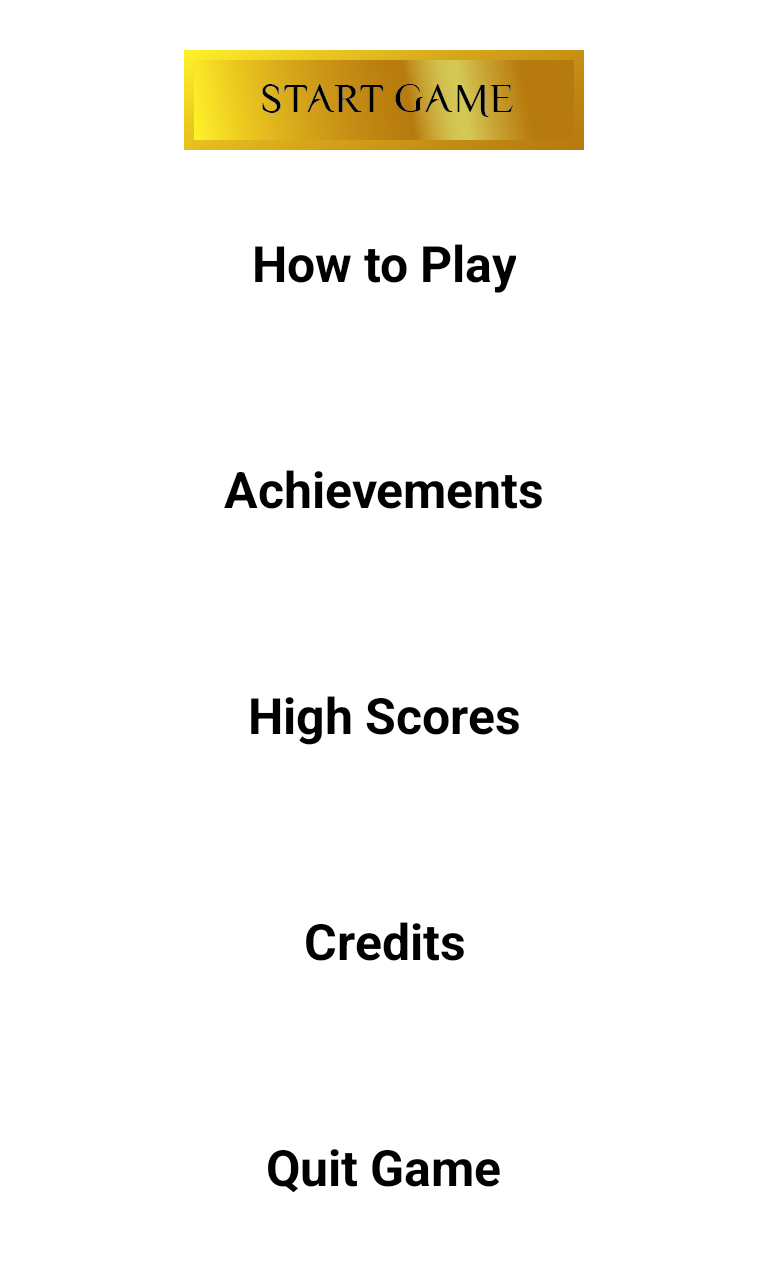
Repository: Zilter/IMT3671-Mobile-Project
Layout: GemSwapper/res/layout/activity_main.xml
The author's editor kept a copy of each file at every save. The layout is drawn from the files as they stood at one save, then again after the next save.
It is drawn on a 768 x 1280 px phone screen (xhdpi) without system bars, with theme AppTheme; the app's code is not run.

Above is the layout before, as saved 2012-12-04 12:14:23.

### GemSwapper/res/layout/activity_main.xml
<RelativeLayout xmlns:android="http://schemas.android.com/apk/res/android"
    xmlns:tools="http://schemas.android.com/tools"
    android:layout_width="fill_parent"
    android:layout_height="fill_parent" >

<!--     <ImageView -->
<!--         android:id="@+id/main_menu" -->
<!--         android:contentDescription="@string/imageDescription" -->
<!--         android:src="@drawable/ic_launcher.png" -->
<!--         android:layout_height="wrap_content" -->
<!--         android:layout_width="wrap_content" -->
<!--         android:layout_alignParentRight="true" -->
<!--         android:layout_centerVertical="true" -->
<!--         android:layout_marginRight="25dp"  -->
<!--     /> -->

    <LinearLayout
        android:layout_width="fill_parent"
        android:layout_height="fill_parent"
        android:orientation="vertical" >

     	<ImageButton
     	    android:contentDescription="@string/imageDescription"
     	    android:id="@+id/start_game_button"
     	    android:layout_height="wrap_content"
     	    android:layout_width="wrap_content"
     	    android:background="@drawable/start_game_01"
     	    android:layout_gravity="center"
     	    android:layout_marginTop="25dp"
     	    />

        <TextView
            android:id="@+id/how_to"
            style="@style/MenuFont"
            android:layout_width="wrap_content"
            android:layout_gravity="center"
            android:text="@string/how_to_play" />

        <TextView
            android:id="@+id/achievements"
            style="@style/MenuFont"
            android:layout_width="wrap_content"
            android:layout_gravity="center"
            android:text="@string/achievements" />

        <TextView
            android:id="@+id/high_score"
            style="@style/MenuFont"
            android:layout_width="wrap_content"
            android:layout_gravity="center"
            android:text="@string/high_score" />

        <TextView
            android:id="@+id/credits"
            style="@style/MenuFont"
            android:layout_width="wrap_content"
            android:layout_gravity="center"
            android:text="@string/credits" />

        <TextView
            android:id="@+id/quit_game"
            style="@style/MenuFont"
            android:layout_width="wrap_content"
            android:layout_gravity="center"
            android:text="@string/quit_game" />


    </LinearLayout>

</RelativeLayout>

### GemSwapper/res/values/strings.xml
<?xml version="1.0" encoding="utf-8"?>
<resources>

    <string name="app_name">GemSwapper</string>
    <string name="menu_settings">Settings</string>

    <!-- activities -->
    <string name="title_activity_main">MainActivity</string>
    <string name="title_activity_highscore">HighscoreActivity</string>
    <string name="title_activity_credits">CreditsActivity</string>

    <!-- Main Menu & Menu Buttons -->
    <string name="start_game">Start Game</string>
    <string name="how_to_play">How to Play</string>
    <string name="achievements">Achievements</string>
    <string name="high_score">High Scores</string>
    <string name="credits">Credits</string>
    <string name="quit_game">Quit Game</string>
    <string name="imageDescription">This is an image</string>

    <!-- Activity - How To Play -->
    <string name="howToPlayGame1">Tilt your phone in the direction you want to move.</string>
    <string name="howToPlayGame2">The goal of the game is to survive for as long as you can without hitting the edge of your screen.</string>
    <string name="howToImage1">Tilt</string>

    <!-- Activity - Credits -->
    <string name="creditsMain">Credits</string>
    <string name="creators">This game was created by Christian Stokkebekk, Christian Holt and
        Øyvind Nordli for an assignment in Mobile Systems Programming at Gjøvik University College (GUC)</string>

    <!-- Activity - High Score -->
    <string name="highScoreMain">High Score</string>
    <string name="name">Name:\t</string>
    <string name="highscore">Score:\t</string>
    <string name="loading">Please wait, loading data</string>
    <string name="hello_world">Hello world!</string>
    <string name="title_activity_game">Game</string>
    <string name="title_activity_achievements">Achievements</string>
    <string name="title_activity_how_to">HowToActivity</string>

</resources>

Loaded but not shown: GemSwapper/res/values-v11/styles.xml (common file); GemSwapper/res/values-v14/styles.xml (common file); GemSwapper/res/values/styles.xml (common file)

After the next save:
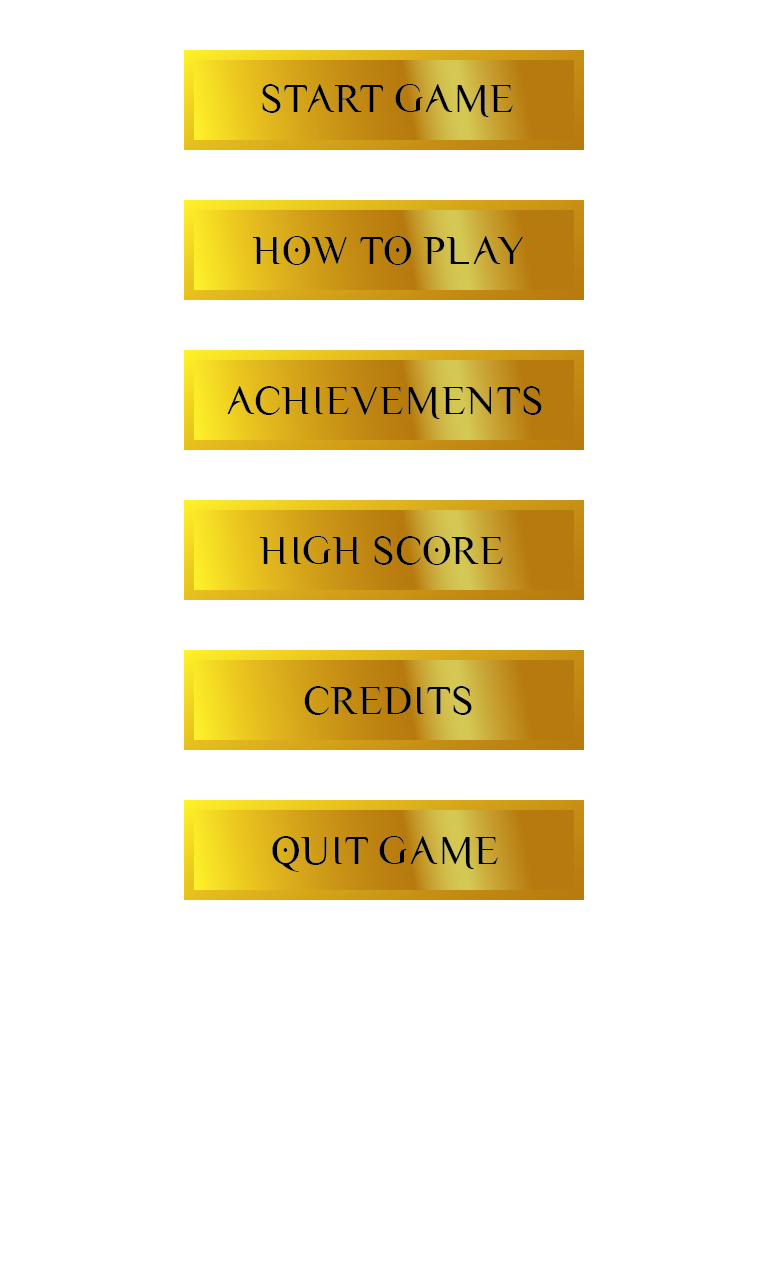
Saved 3 min 24 s later.
--- a/GemSwapper/res/layout/activity_main.xml
+++ b/GemSwapper/res/layout/activity_main.xml
@@ -20,49 +20,64 @@
         android:orientation="vertical" >
 
      	<ImageButton
-     	    android:contentDescription="@string/imageDescription"
      	    android:id="@+id/start_game_button"
+     	    android:background="@drawable/start_game_01"
      	    android:layout_height="wrap_content"
      	    android:layout_width="wrap_content"
-     	    android:background="@drawable/start_game_01"
      	    android:layout_gravity="center"
      	    android:layout_marginTop="25dp"
+     	    android:contentDescription="@string/imageDescription"
      	    />
 
-        <TextView
-            android:id="@+id/how_to"
-            style="@style/MenuFont"
-            android:layout_width="wrap_content"
-            android:layout_gravity="center"
-            android:text="@string/how_to_play" />
+     	<ImageButton
+     	    android:id="@+id/howToPlay_button"
+     	    android:background="@drawable/how_to_play_01"
+     	    android:layout_height="wrap_content"
+     	    android:layout_width="wrap_content"
+     	    android:layout_gravity="center"
+     	    android:layout_marginTop="25dp"
+     	    android:contentDescription="@string/imageDescription"
+     	    />
 
-        <TextView
-            android:id="@+id/achievements"
-            style="@style/MenuFont"
-            android:layout_width="wrap_content"
-            android:layout_gravity="center"
-            android:text="@string/achievements" />
+     	<ImageButton
+     	    android:id="@+id/achievements_button"
+     	    android:background="@drawable/achievements_01"
+     	    android:layout_height="wrap_content"
+     	    android:layout_width="wrap_content"
+     	    android:layout_gravity="center"
+     	    android:layout_marginTop="25dp"
+     	    android:contentDescription="@string/imageDescription"
+     	    />
 
-        <TextView
-            android:id="@+id/high_score"
-            style="@style/MenuFont"
-            android:layout_width="wrap_content"
-            android:layout_gravity="center"
-            android:text="@string/high_score" />
+     	<ImageButton
+     	    android:id="@+id/high_score_button"
+     	    android:background="@drawable/high_score_01"
+     	    android:layout_height="wrap_content"
+     	    android:layout_width="wrap_content"
+     	    android:layout_gravity="center"
+     	    android:layout_marginTop="25dp"
+     	    android:contentDescription="@string/imageDescription"
+     	    />
 
-        <TextView
-            android:id="@+id/credits"
-            style="@style/MenuFont"
-            android:layout_width="wrap_content"
-            android:layout_gravity="center"
-            android:text="@string/credits" />
+     	<ImageButton
+     	    android:id="@+id/credits_button"
+     	    android:background="@drawable/credits_01"
+     	    android:layout_height="wrap_content"
+     	    android:layout_width="wrap_content"
+     	    android:layout_gravity="center"
+     	    android:layout_marginTop="25dp"
+     	    android:contentDescription="@string/imageDescription"
+     	    />
 
-        <TextView
-            android:id="@+id/quit_game"
-            style="@style/MenuFont"
-            android:layout_width="wrap_content"
-            android:layout_gravity="center"
-            android:text="@string/quit_game" />
+     	<ImageButton
+     	    android:id="@+id/quit_game_button"
+     	    android:background="@drawable/quit_game_01"
+     	    android:layout_height="wrap_content"
+     	    android:layout_width="wrap_content"
+     	    android:layout_gravity="center"
+     	    android:layout_marginTop="25dp"
+     	    android:contentDescription="@string/imageDescription"
+     	    />
 
 
     </LinearLayout>
